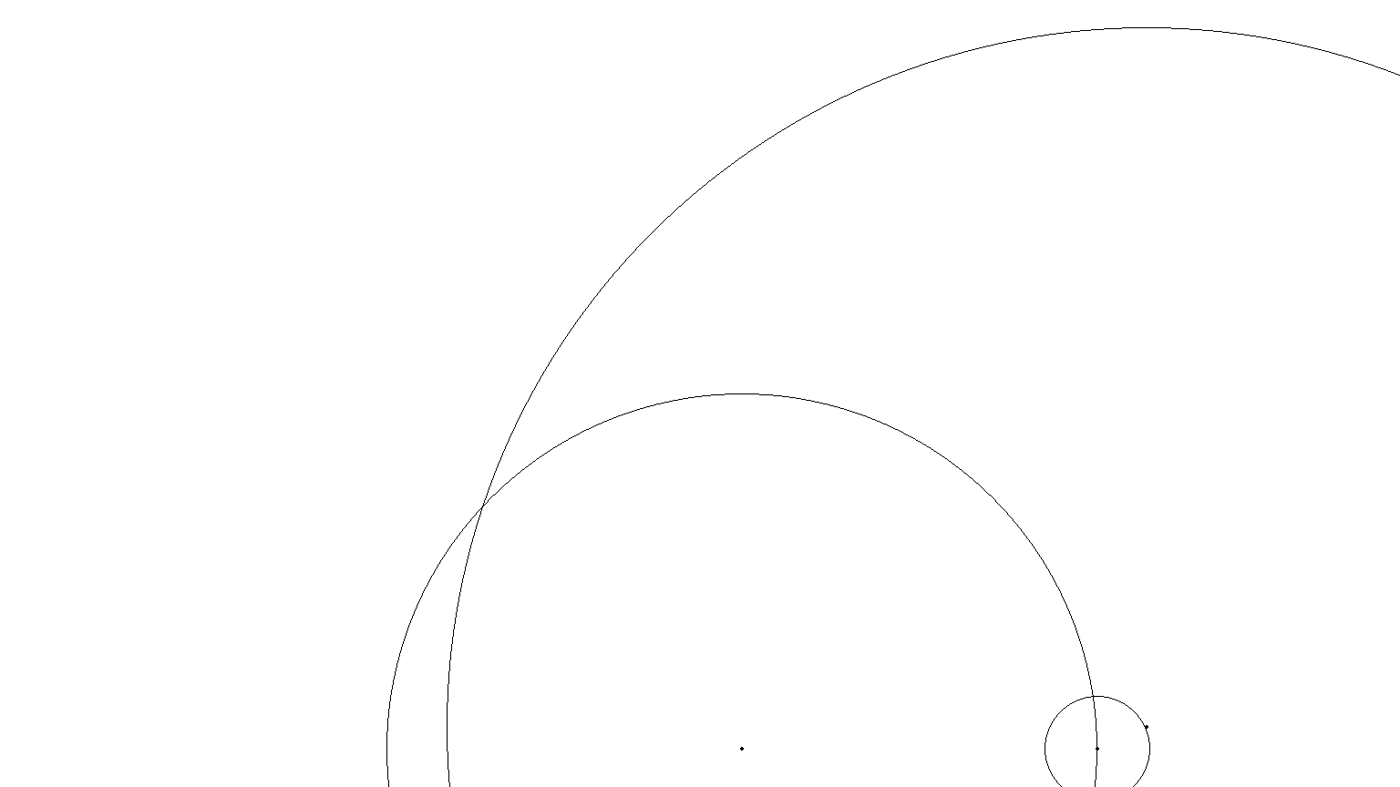
Repository: Liuuuv/animation_cercles
Script's output: python animation cercles.py
An editor plug-in stored every save of this project. The script's output is shown before and after the next save, followed by the edit.
Figures wider than 1,400 px are first shrunk to that width. The window is shown after at most 60 frames with no key pressed. Random numbers start from a fixed seed.

Above is the script's output before, as saved 2024-11-08 20:18:00.

After the next save:
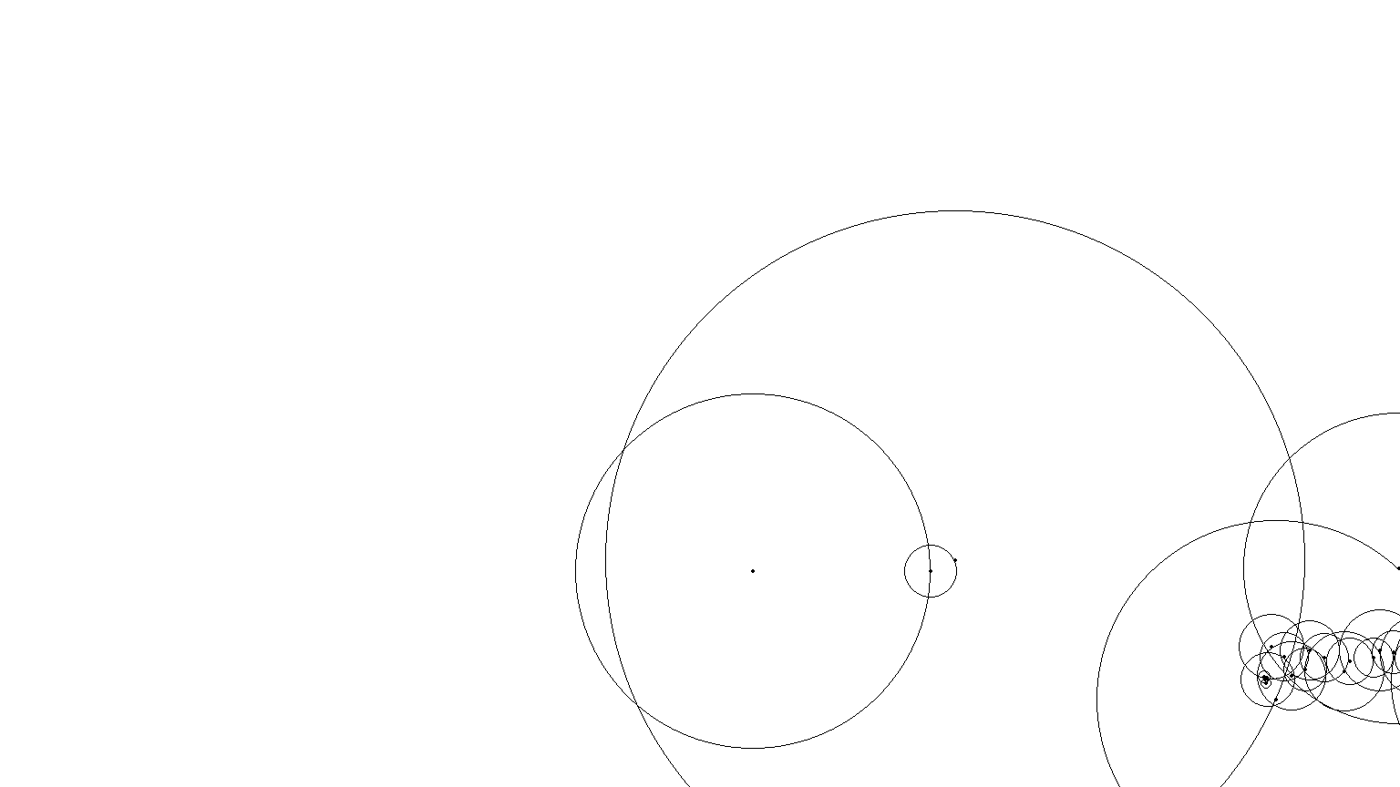
Saved 27 s later.
--- a/animation cercles.py
+++ b/animation cercles.py
@@ -19,6 +19,7 @@ bleu=(0,0,255)
 
 
 FPS=144
+ECHELLE=100
 
 
 class Cercle:
@@ -64,14 +65,14 @@ class Affichage:
 
     def initialiser_cercles(self):
         pos=[self.centre[0],self.centre[1]]
-        echelle=200
+
         for n in range(2*self.nb_cercles):
             if n%2==0:
-                cercle=self.creer_cercle(self.liste_rayons[n]*echelle,n/2)
+                cercle=self.creer_cercle(self.liste_rayons[n]*ECHELLE,n/2)
                 pos[0]+=cercle.rayon*np.cos(self.liste_phases[n])
                 pos[1]+=cercle.rayon*np.sin(self.liste_phases[n])
             else:
-                cercle=self.creer_cercle(self.liste_rayons[n]*echelle,-(n+1)/2)
+                cercle=self.creer_cercle(self.liste_rayons[n]*ECHELLE,-(n+1)/2)
                 pos[0]+=cercle.rayon*np.cos(self.liste_phases[n])
                 pos[1]+=cercle.rayon*np.sin(self.liste_phases[n])
 
